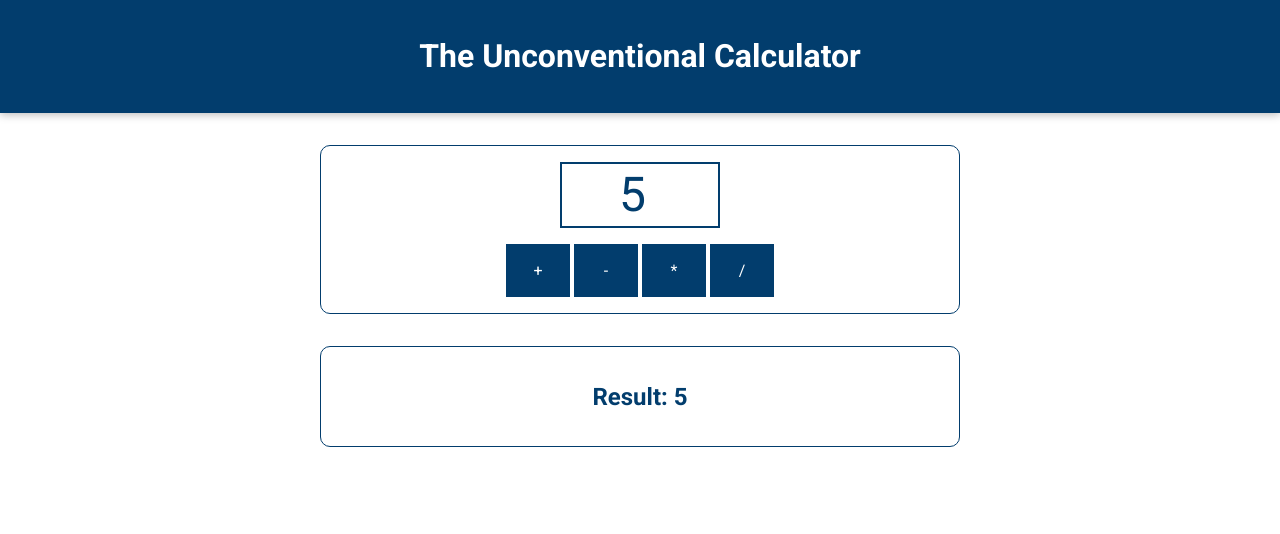
Repository: rafal-bedkowski/JSFundamentalCourse
Page: index.html
The author's editor kept a copy of each file at every save. The page is drawn from the files as they stood at one save, then again after the next save.
The browser window is 1280 px wide. The pictures show the whole page.
Empty fields were first filled with sample values (such as "Sample", 5 or name@example.com).
After loading, the first visible `#btn-add` was clicked once.

Above is the page before, as saved 2022-09-07 11:19:04.

### index.html
<!DOCTYPE html>
<html lang="en">
  <head>
    <meta charset="UTF-8" />
    <meta name="viewport" content="width=device-width, initial-scale=1.0" />
    <meta http-equiv="X-UA-Compatible" content="ie=edge" />
    <title>Basics</title>
    <link
      href="https://fonts.googleapis.com/css?family=Roboto:400,700&display=swap"
      rel="stylesheet"
    />
    <link rel="stylesheet" href="./assets/styles/app.css" />
  </head>
  <body>
    <header>
      <h1>The Unconventional Calculator</h1>
    </header>

    <section id="calculator">
      <input type="number" id="input-number" />
      <div id="calc-actions">
        <button type="button" id="btn-add">+</button>
        <button type="button" id="btn-subtract">-</button>
        <button type="button" id="btn-multiply">*</button>
        <button type="button" id="btn-divide">/</button>
      </div>
    </section>
    <section id="results">
      <h2 id="current-calculation">0</h2>
      <h2>Result: <span id="current-result">0</span></h2>
    </section>
    <script src="./assets/scripts/vendor.js"></script>
    <script src="./assets/scripts/app.js"></script>
  </body>
</html>

### assets/styles/app.css
* {
  box-sizing: border-box;
}

html {
  font-family: 'Roboto', open-sans;
}

body {
  margin: 0;
}

header {
  background: #023d6d;
  color: white;
  padding: 1rem;
  text-align: center;
  box-shadow: 0 2px 8px rgba(0, 0, 0, 0.26);
  width: 100%;
}

#results,
#calculator {
  margin: 2rem auto;
  width: 40rem;
  max-width: 90%;
  border: 1px solid #023d6d;
  border-radius: 10px;
  padding: 1rem;
  color: #023d6d;
}

#results {
  text-align: center;
}

#calculator input {
  font: inherit;
  font-size: 3rem;
  border: 2px solid #023d6d;
  width: 10rem;
  padding: 0.15rem;
  margin: auto;
  display: block;
  color: #023d6d;
  text-align: center;
}

#calculator input:focus {
  outline: none;
}

#calculator button {
  font: inherit;
  background: #023d6d;
  color: white;
  border: 1px solid #023d6d;
  padding: 1rem;
  cursor: pointer;
}

#calculator button:focus {
  outline: none;
}

#calculator button:hover,
#calculator button:active {
  background: #084f88;
  border-color: #084f88;
}

#calc-actions button {
  width: 4rem;
}

#calc-actions {
  margin-top: 1rem;
  text-align: center;
}

### assets/scripts/app.js
const defaultResult = 0;
let currentResult = defaultResult;

function addition() {
  currentResult = currentResult + parseInt(userInput.value);
  outputResult(currentResult, '');
}

addBtn.addEventListener('click', addition);

Loaded but not shown: assets/scripts/vendor.js (common file)

After the next save:
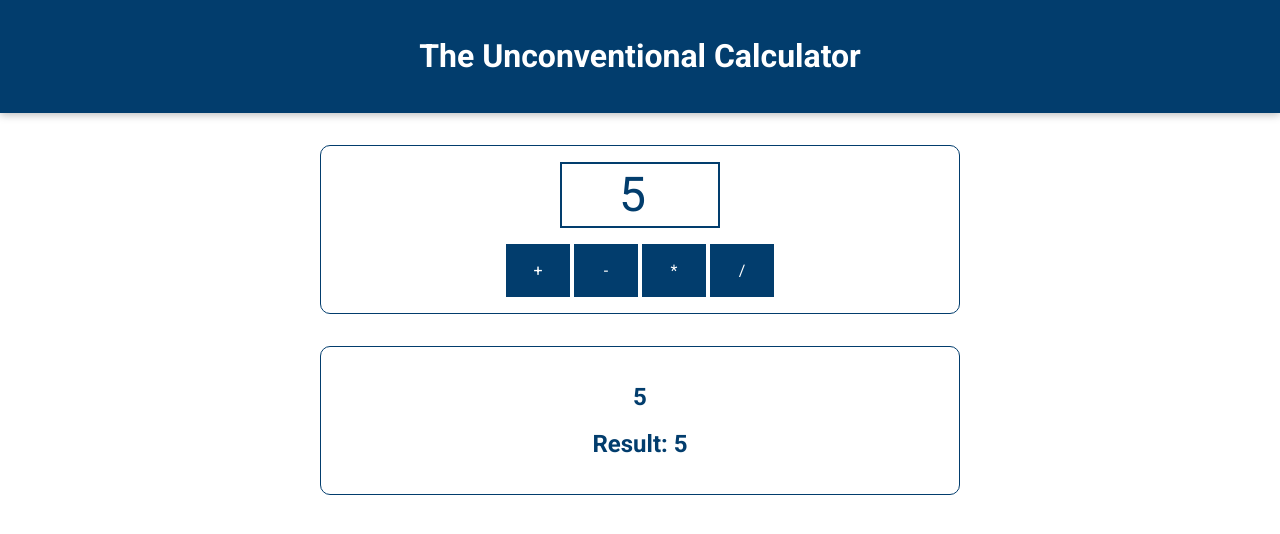
Saved 74 min 21 s later.
--- a/assets/scripts/app.js
+++ b/assets/scripts/app.js
@@ -3,7 +3,7 @@
 
 function addition() {
   currentResult = currentResult + parseInt(userInput.value);
-  outputResult(currentResult, '');
+  outputResult(currentResult, `${currentResult}`);
 }
 
 addBtn.addEventListener('click', addition);

After the save that followed:
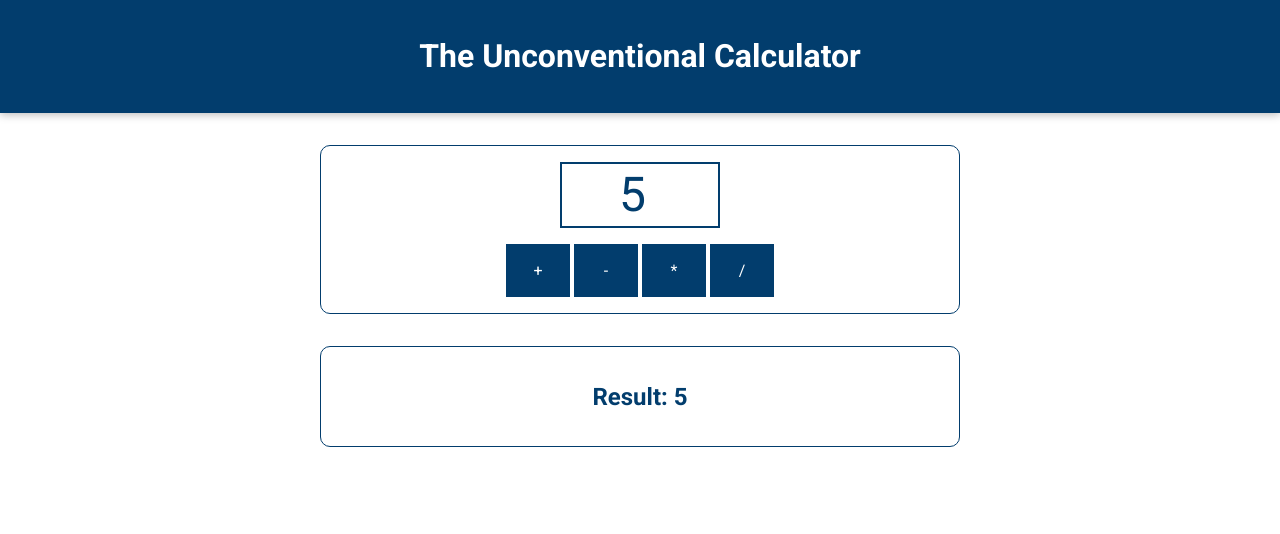
Saved 2 min 4 s later.
--- a/assets/scripts/app.js
+++ b/assets/scripts/app.js
@@ -2,8 +2,9 @@
 let currentResult = defaultResult;
 
 function addition() {
+  const calcDescription = `${currentResult} + ${userInput.value}`;
   currentResult = currentResult + parseInt(userInput.value);
-  outputResult(currentResult, `${currentResult}`);
+  outputResult(currentResult);
 }
 
 addBtn.addEventListener('click', addition);
